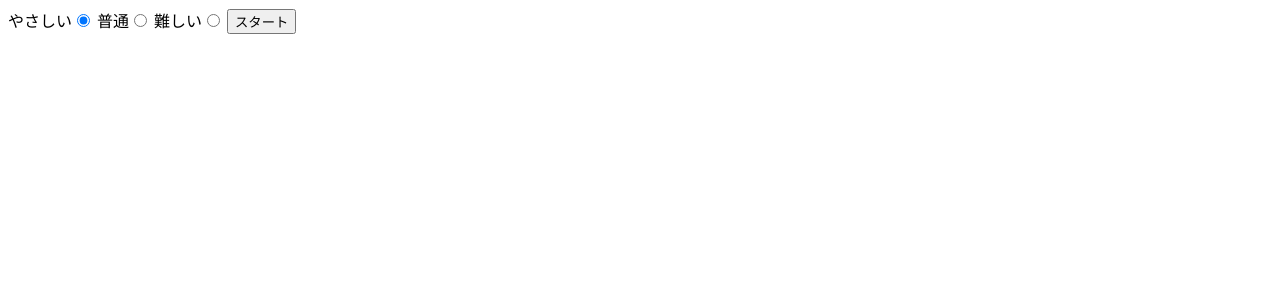
Repository: yamada-qq/blackjack
Page: http://localhost/blackjack/menu.jsp
The author's editor kept a copy of each file at every save. The page is drawn from the files as they stood at one save, then again after the next save.
The browser window is 1280 px wide. The pictures show the whole page.
The page is served by Tomcat 9. Other server files are loaded and not shown.

Above is the page before, as saved 2024-11-25 01:26:44.

### blackjack/blackjack/src/main/webapp/menu.jsp
<%@ page language="java" contentType="text/html; charset=UTF-8"
    pageEncoding="UTF-8"%>
<!DOCTYPE html>
<html lang="ja">
<head>
<meta charset="UTF-8">
<title>Insert title here</title>
</head>
<body>
	<form action="GameStart" method="post">
	やさしい<input type="radio" name="level" value="1" checked>
	普通<input type="radio" name="level" value="2">
	難しい<input type="radio" name="level" value="3">
	<input type="submit" value="スタート">
	</form>
</body>
</html>

After the next save:
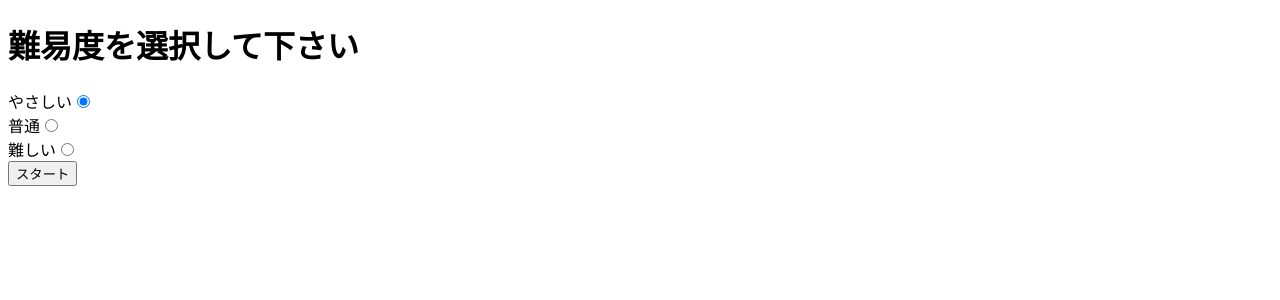
Saved 3 min 37 s later.
--- a/blackjack/blackjack/src/main/webapp/menu.jsp
+++ b/blackjack/blackjack/src/main/webapp/menu.jsp
@@ -7,10 +7,11 @@
 <title>Insert title here</title>
 </head>
 <body>
+	<h1>難易度を選択して下さい</h1>
 	<form action="GameStart" method="post">
-	やさしい<input type="radio" name="level" value="1" checked>
-	普通<input type="radio" name="level" value="2">
-	難しい<input type="radio" name="level" value="3">
+	やさしい<input type="radio" name="level" value="1" checked><br>
+	普通<input type="radio" name="level" value="2"><br>
+	難しい<input type="radio" name="level" value="3"><br>
 	<input type="submit" value="スタート">
 	</form>
 </body>
